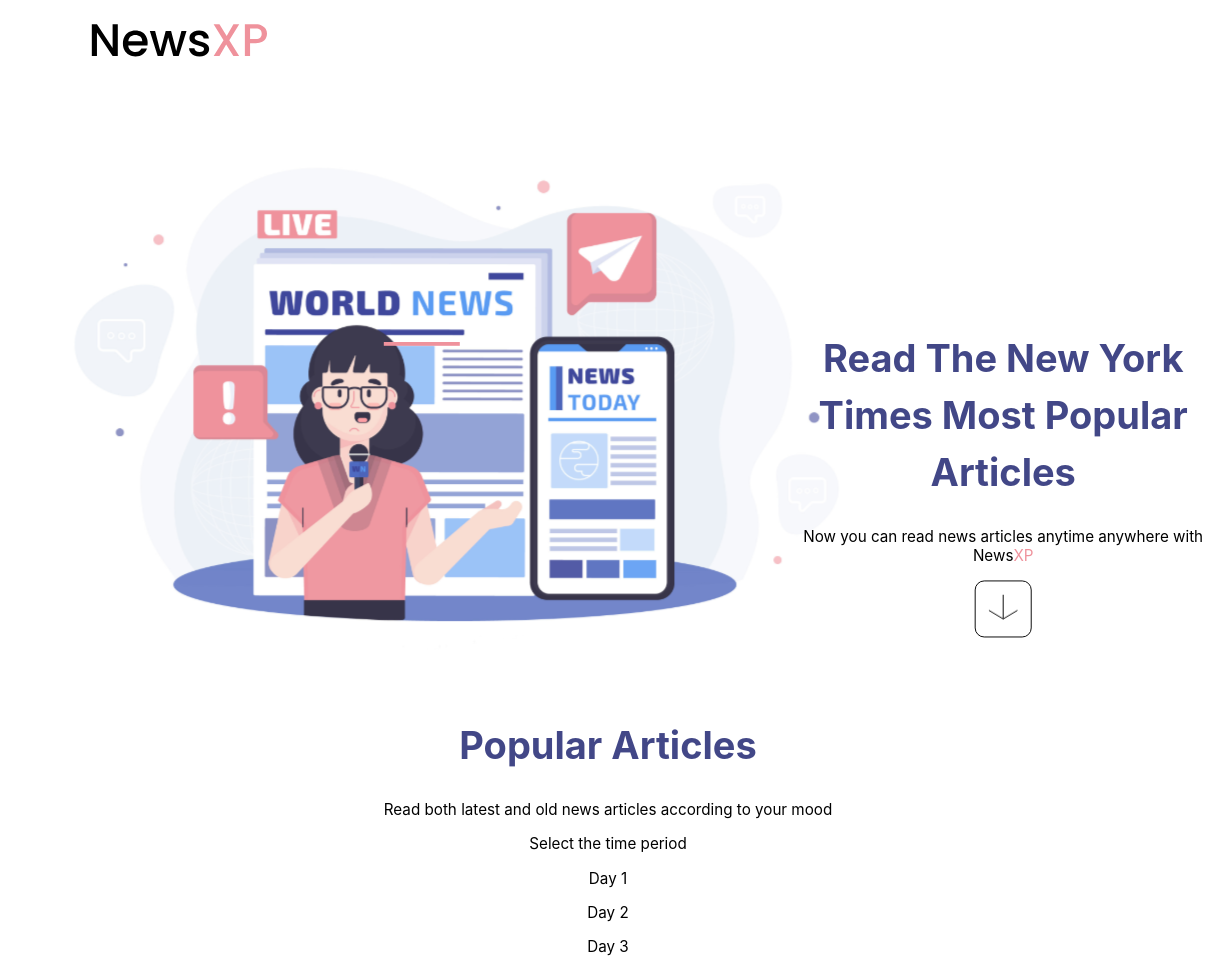
Repository: vishalsinghhh/NewsXP
Page: /
These files come from the project's save history. The page is drawn as it stood at one moment and after the next save; the edit follows.
The browser window is 1280 px wide. The pictures show the whole page, at 95% of full size.
The project was rebuilt for these pictures with package versions that can differ from the ones it lists, and the page was loaded fresh each time. Imported but missing from the stored project, and not drawn on this page: src/pages/Error.

Above is the page before, as saved 2021-08-20 11:15:03.

After the next save:
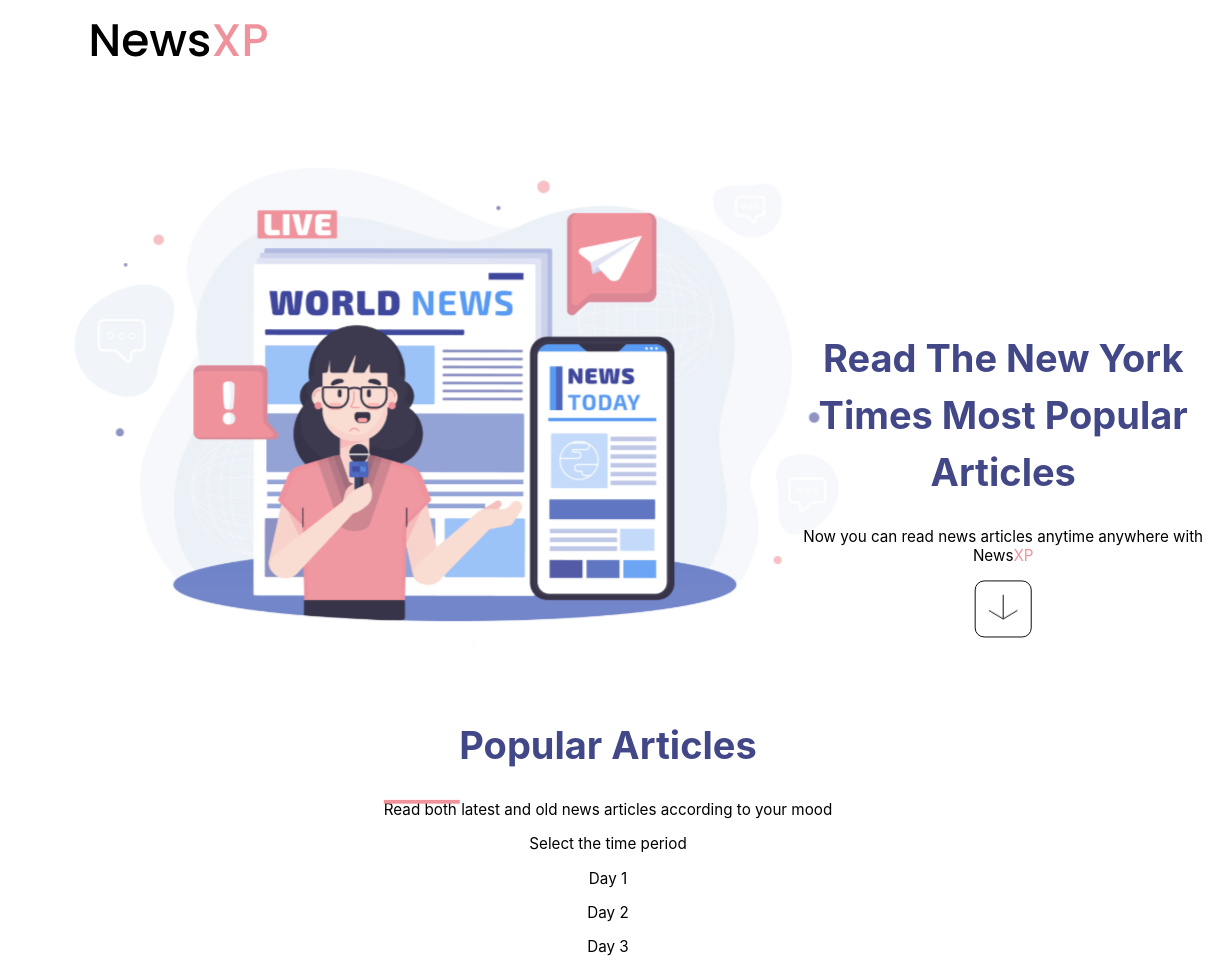
Saved 14 s later.
--- a/src/pages/pages.css
+++ b/src/pages/pages.css
@@ -102,7 +102,7 @@
 }
 .underline {
   position: absolute;
-  top: 50%;
+
   width: 5rem;
   height: 0.25rem;
   background: #EF929C;
